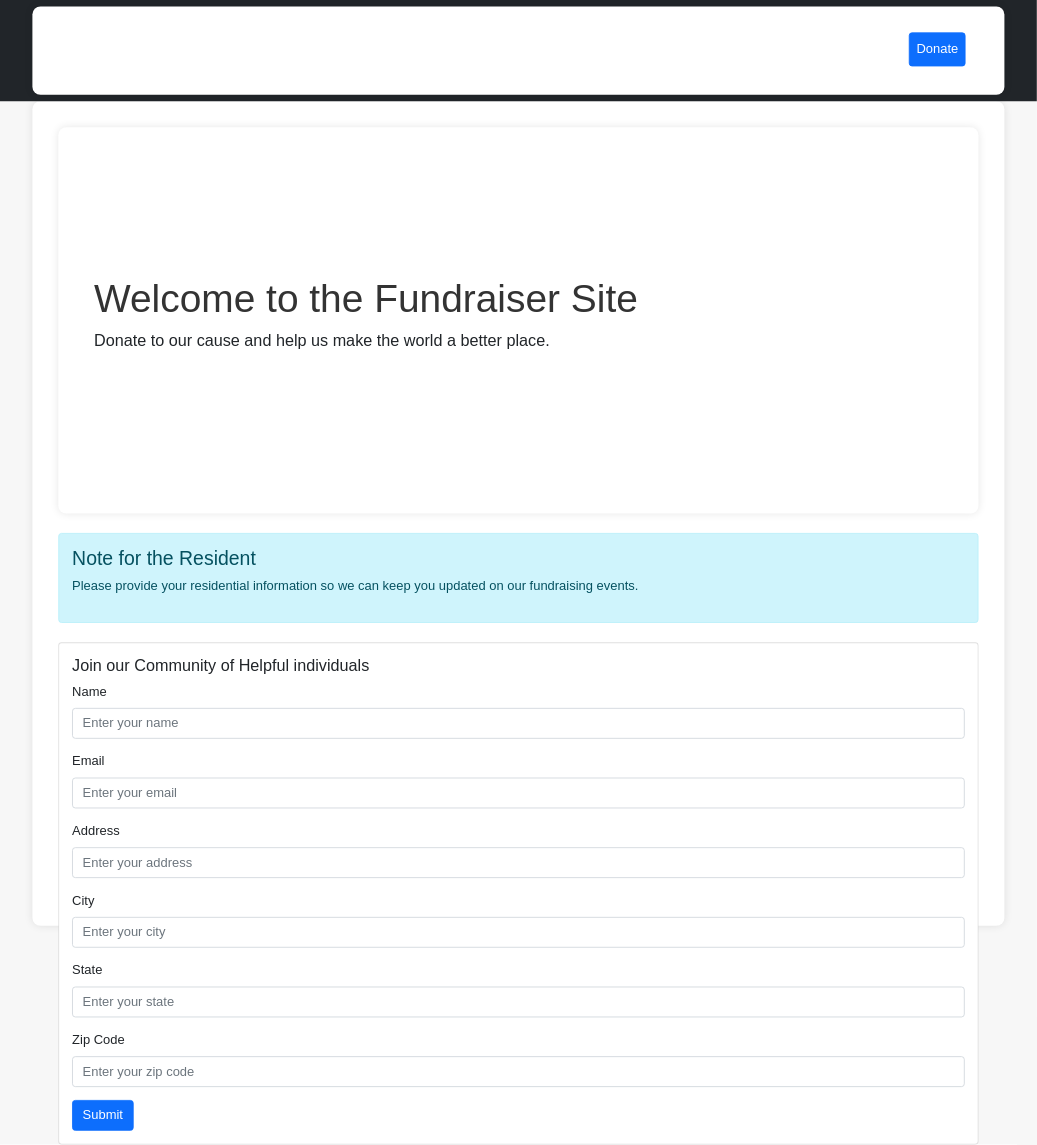
Repository: DragonFruit8/Fundraiser-Page
Page: /
An editor plug-in stored every save of this project. The page is shown before and after the next save, followed by the edit.
The browser window is 1280 px wide. The pictures show the whole page, at 81% of full size.
The project was rebuilt for these pictures with package versions that can differ from the ones it lists, and the page was loaded fresh each time. Also part of the build but not shown: src/pages/About.js, src/pages/Donate.js, src/pages/Admin.js.

Above is the page before, as saved 2024-07-19 14:07:02.

After the next save:
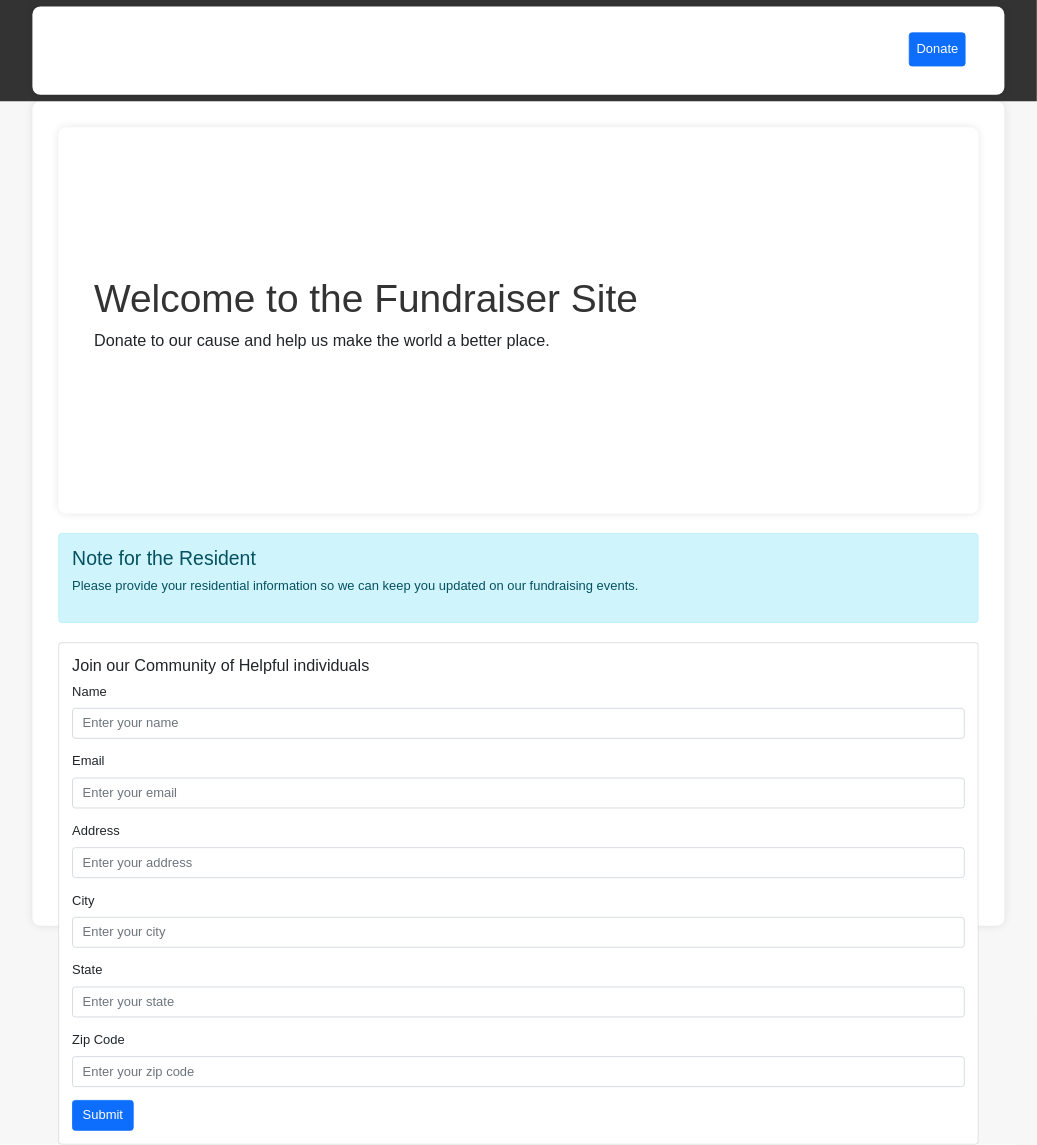
Saved 13 s later.
--- a/src/components/Navbar.js
+++ b/src/components/Navbar.js
@@ -3,7 +3,7 @@ import { Link } from 'react-router-dom';
 
 const Navbar = () => {
     return (
-        <nav className="navbar navbar-expand-lg navbar-dark bg-dark text-white">
+        <nav className="navbar navbar-expand-lg navbar-dark text-white">
             <div className="container">
                 <Link className="navbar-brand" to="/">Fundraiser Site</Link>
                 <button className="navbar-toggler" type="button" data-bs-toggle="collapse" data-bs-target="#navbarNav" aria-controls="navbarNav" aria-expanded="false" aria-label="Toggle navigation">
